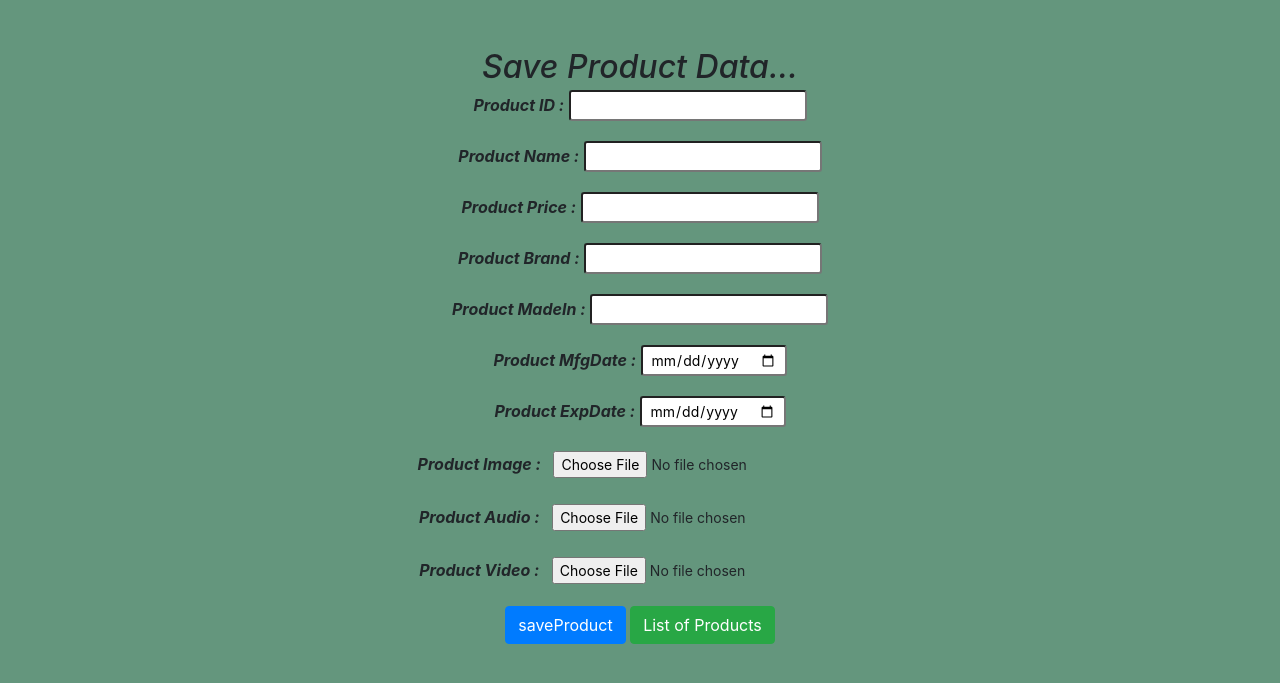
Repository: Ravikumarpabbineedi/advance-java-programs
Page: ProductManagementApp/src/main/webapp/addProducts.html
An editor plug-in stored every save of this project. The page is shown before and after the next save, followed by the edit.
The browser window is 1280 px wide. The pictures show the whole page.

Above is the page before, as saved 2024-03-15 05:09:44.

After the next save:
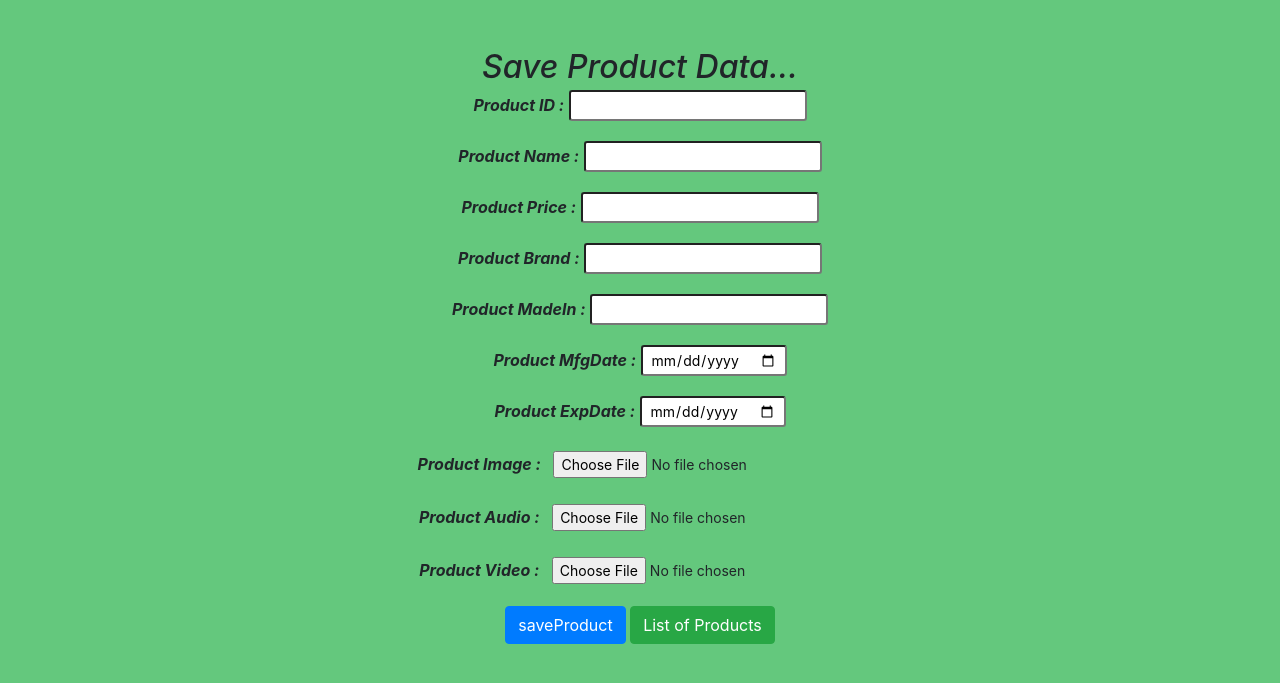
Saved 22 s later.
--- a/ProductManagementApp/src/main/webapp/addProducts.html
+++ b/ProductManagementApp/src/main/webapp/addProducts.html
@@ -5,7 +5,7 @@
 	<link rel="stylesheet" href="https://stackpath.bootstrapcdn.com/bootstrap/4.5.2/css/bootstrap.min.css"/>
   <script src="formvalidations.js"></script>
 </head>
-<body style="background-color: rgb(100, 150, 125);">
+<body style="background-color: rgb(100, 200, 125);">
 	<div class="container mt-5 text-center">
 		<h2 class="text-center font-italic mb-1"> Save Product Data... </h2>
 		<form method="post" action="./AddProductServlet" enctype="multipart/form-data" onsubm
